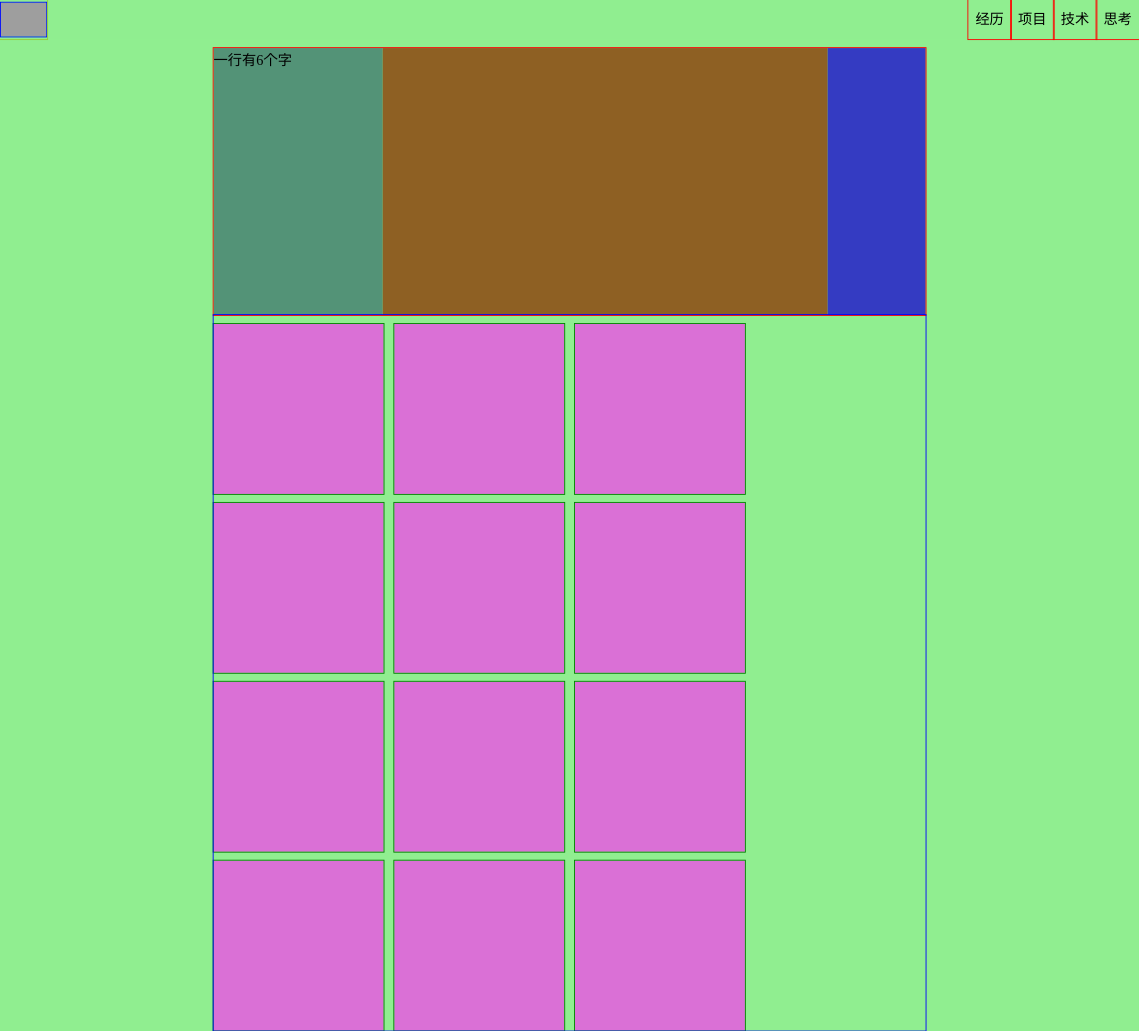
Repository: Lixianlai-2/Css-practice
Page: flex布局/index.html
An editor plug-in stored every save of this project. The page is shown before and after the next save, followed by the edit.
The browser window is 1280 px wide. The pictures show the whole page, at 89% of full size.
Pictures or frames that could not be fetched are drawn as grey boxes.

Above is the page before, as saved 2021-12-04 11:56:39.

### flex布局/index.html
<!DOCTYPE html>
<html>
  <head>
    <meta charset="utf-8" />
    <link rel="stylesheet" href="style.css" />
    <title>float浮动</title>
  </head>

  <body>
    <header>
      <div class="logo">
        <img
          src="https://avatars.githubusercontent.com/u/23273345?v=4"
          alt="头像"
        />
      </div>
      <ul>
        <li>经历</li>
        <li>项目</li>
        <li>技术</li>
        <li>思考</li>
      </ul>
    </header>
    <div class="content">
      <aside>一行有6个字</aside>
      <main></main>
      <div class="ad"></div>
    </div>

    <div class="imageList">
      <div class="x">
        <div class="image"></div>
        <div class="image"></div>
        <div class="image"></div>
        <div class="image"></div>
        <div class="image"></div>
        <div class="image"></div>
        <div class="image"></div>
        <div class="image"></div>
        <div class="image"></div>
        <div class="image"></div>
        <div class="image"></div>
        <div class="image"></div>
      </div>
      <!-- <div class="image"></div>
      <div class="image"></div>
      <div class="image"></div>
      <div class="image"></div>
      <div class="image"></div>
      <div class="image"></div>
      <div class="image"></div>
      <div class="image"></div>
      <div class="image"></div>
      <div class="image"></div>
      <div class="image"></div>
      <div class="image"></div> -->
    </div>
  </body>
</html>

### flex布局/style.css
* {
  margin: 0;
  padding: 0;
  box-sizing: border-box;
}
body {
  background-color: lightgreen;
}

img {
  max-width: 100%;
}

ul,
ol {
  list-style: none;
}

header {
  background-color: lightgreen;
}

ul,
ol {
  list-style: none;
}

.logo {
  display: inline-block;
  outline: 1px solid yellowgreen;
  justify-content: flex-start;
  display: flex;
  align-items: center;
  /* height: 40px; */
}

header {
  display: flex;
  justify-content: space-between;
}

.logo > img {
  border: 1px solid blue;
  height: 40px;
  vertical-align: middle;
}

ul > li {
  outline: 1px solid red;
  line-height: 36px;
  padding: 4px 0.5em;
}

ul {
  /* margin-left: auto; */
  display: flex;
  /* 必须让其浮动，也让logo浮动，才能让其父容器完全贴合 */
}

.content {
  /* 不占据空间，绘制于元素内容周围 */
  display: flex;
  outline: 1px solid red;
  width: 800px;
  margin-top: 10px;
  margin-left: auto;
  margin-right: auto;
}

.content > aside {
  width: 190px;
  height: 300px;

  background-color: rgb(83, 147, 119);
}

.content > main {
  height: 300px;
  width: 500px;

  background-color: rgb(142, 96, 35);
}

.content > .ad {
  width: 110px;
  height: 300px;

  background-color: rgb(52, 59, 194);
}

.imageList {
  outline: 1px solid blue;
  width: 800px;
  margin-left: auto;
  margin-right: auto;
  /* display: flex; */
  /* justify-content: space-between; */
  /* flex-wrap: wrap; */
}

.image {
  outline: 1px solid green;
  background-color: orchid;
  width: 191px;
  height: 191px;
  margin-top: 10px;
  margin-right: 12px;
}

.x {
  display: flex;
  /* justify-content: space-between; */
  flex-wrap: wrap;
  /* margin-right: -12px; */
}

After the next save:
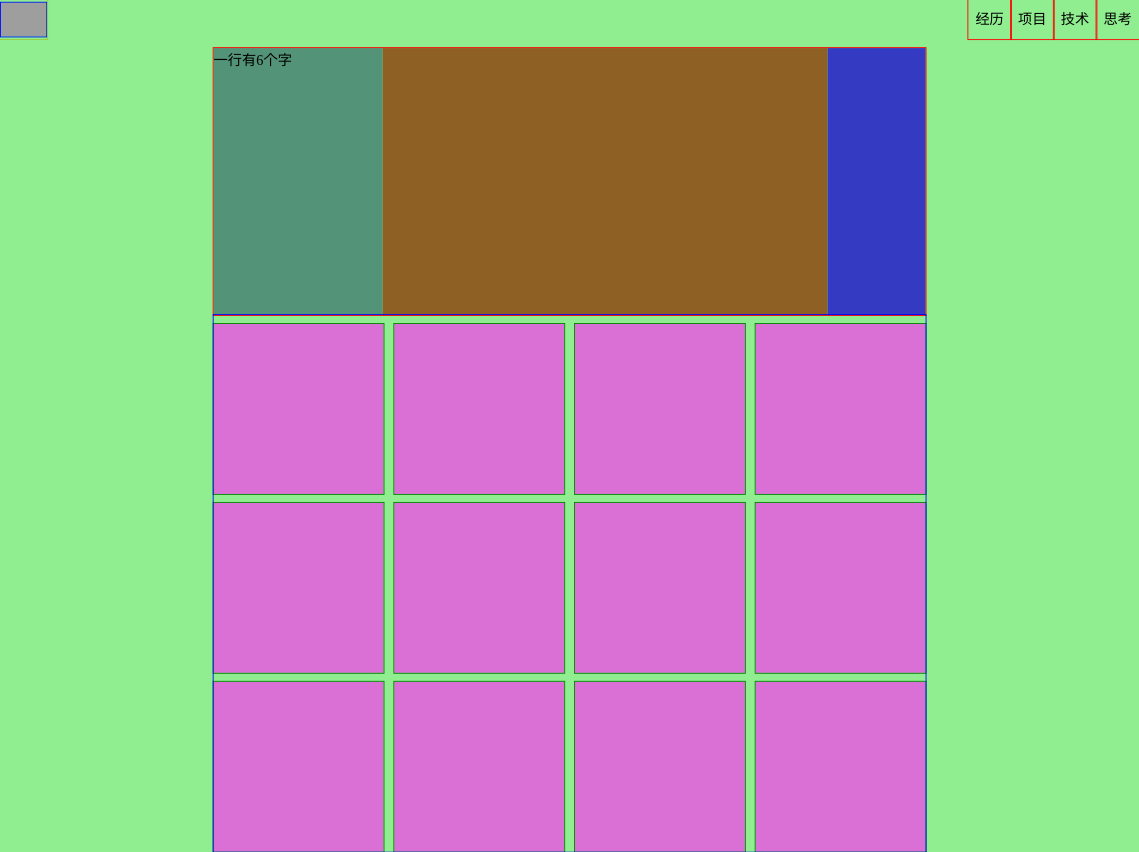
Saved 5 s later.
--- a/flex布局/style.css
+++ b/flex布局/style.css
@@ -111,5 +111,5 @@ ul {
   display: flex;
   /* justify-content: space-between; */
   flex-wrap: wrap;
-  /* margin-right: -12px; */
+  margin-right: -12px;
 }
